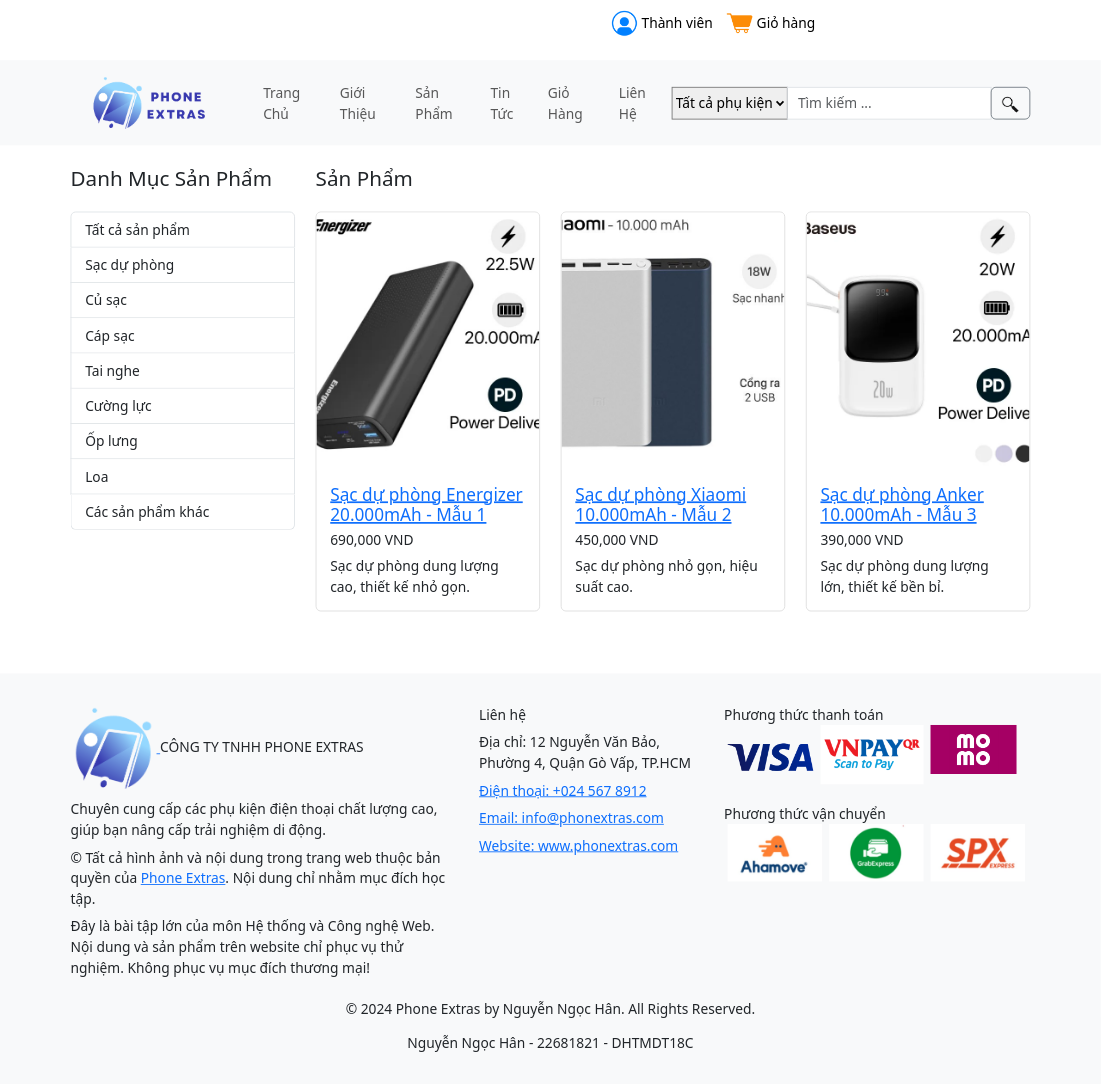
Repository: munnkawaii/BTL-PhoneExtras
Page: html/products.html
An editor plug-in stored every save of this project. The page is shown before and after the next save, followed by the edit.
The browser window is 1280 px wide. The pictures show the whole page, at 86% of full size.

Above is the page before, as saved 2024-11-16 00:13:28.

### html/products.html
<!DOCTYPE html>
<html lang="vi">
<head>
    <meta charset="UTF-8">
    <meta name="viewport" content="width=device-width, initial-scale=1.0">
    <title>Phone Extras - Sản Phẩm</title>
    <link rel="stylesheet" href="../css/style.css">
    <link rel="stylesheet" href="../css/bootstrap.min.css">
    <link rel="icon" href="../img/logo/logopng.png" type="image/png">
    <script src="../js/jquery-3.6.1.js"></script>
    <script src="../js/bootstrap.bundle.min.js"></script>
</head>

<style>
    .list-group-item:hover {
        background-color: #d0e7ff;
        font-weight: bold;
    }

    .card-img-top {
        height: 300px;
        object-fit: cover; /* Giữ tỷ lệ hình ảnh và cắt để vừa khung */
    }

    .card:hover .card-title a {
        color: gray; /* Chuyển sang màu xám */
        text-decoration: none; /* Bỏ gạch chân */
    }


    .card {
        border: 1px solid #ddd;
        transition: transform 0.3s ease;
    }

    .card:hover {
        transform: scale(1.05);
    }

</style>

<script>
    $(document).ready(function() {
        // Khi nhấp vào sản phẩm, hiển thị modal tương ứng
        $('[data-toggle="modal"]').click(function() {
            var targetModal = $(this).data('target');
            $(targetModal).modal('show');
        });

        // Đóng modal khi nhấp vào nút đóng
        $('.modal .close').click(function() {
            $(this).closest('.modal').modal('hide');
        });

        // Hàm thêm sản phẩm vào giỏ hàng
        function addToCart(product) {
            let cart = JSON.parse(localStorage.getItem('cart')) || [];
            let existingProduct = cart.find(item => item.id === product.id);

            if (existingProduct) {
                existingProduct.quantity += 1;
            } else {
                cart.push({ ...product, quantity: 1 });
            }

            localStorage.setItem('cart', JSON.stringify(cart));
            alert("Đã thêm sản phẩm vào giỏ hàng!");
        }

        // Xử lý sự kiện click cho nút "Thêm vào giỏ hàng"
        $('.add-to-cart').click(function (e) {
            e.preventDefault();
            const product = {
                id: $(this).data('id'),
                name: $(this).data('name'),
                price: $(this).data('price'),
                image: $(this).data('image'),
            };
            addToCart(product);
        });
    });
</script>
<body>
    <!-- Header -->
    <header>
        <!-- top header -->
        <div class="container-fluid">
            <div class="row" id="top-header">
                <div class="col-md-9 my-2 p-1">
                    <ul id="top-contact" class="list-inline d-flex justify-content-end">
                        <li class="list-inline-item mx-2">
                            <a href="./html/thanh-vien.html" class="contact-link">
                                <img src="../img/icon/person.png" alt="" style="width: 30px; height: 30px; margin-right: 5px;">
                                <i class="fa-solid fa-users"></i> Thành viên
                            </a>
                        </li>
                        <li class="list-inline-item mx-2">
                            <a href="../html/cart.html" class="contact-link">
                                <img src="../img/icon/cart.png" alt="" style="width: 30px; height: 30px; margin-right: 5px;">
                                <i class="fa-solid fa-cart-shopping"></i> Giỏ hàng
                            </a>
                        </li>
                    </ul>
                </div>
            </div>
        </div>
    </header>

    <!-- Navigation -->
    <div class="fixed-nav">
        <nav class="navbar navbar-expand-lg navbar-light bg-light">
            <div class="container">
                <a href="index.html" class="navbar-brand">
                    <img src="../img/logo/pelogo.png" alt="Phone Extras Logo" style="height: auto; max-width: 200px;">
                </a>
                <button class="navbar-toggler" type="button" data-toggle="collapse" data-target="#navbarNav" aria-controls="navbarNav" aria-expanded="false" aria-label="Toggle navigation">
                    <span class="navbar-toggler-icon"></span>
                </button>
                <div class="collapse navbar-collapse" id="navbarNav">
                    <ul class="navbar-nav mx-auto">
                        <li class="nav-item"><a class="nav-link" href="../html/index.html">Trang Chủ</a></li>
                        <li class="nav-item"><a class="nav-link" href="../html/about.html">Giới Thiệu</a></li>
                        <li class="nav-item"><a class="nav-link" href="../html/products.html">Sản Phẩm</a></li>
                        <li class="nav-item"><a class="nav-link" href="../html/news.html">Tin Tức</a></li>
                        <li class="nav-item"><a class="nav-link" href="../html/cart.html">Giỏ Hàng</a></li>
                        <li class="nav-item"><a class="nav-link" href="../html/contact.html">Liên Hệ</a></li>
                    </ul>
                    <form id="nav-form-search" class="form-inline my-2 my-lg-0">
                        <!-- mục tìm kiếm -->
                        <div class="input-group" id="input-search-top">
                            <!-- Danh mục sản phẩm -->
                            <select name="" id="select-product-category" class="custom-select">
                                <option value="all">Tất cả phụ kiện</option>
                                <option value="case">Ốp lưng</option>
                                <option value="cable">Cáp sạc</option>
                                <option value="earphone">Tai nghe</option>
                                <option value="screen-protector">Cường lực</option>
                                <option value="power-bank">Sạc dự phòng</option>
                            </select>

                            <!-- Mục tìm kiếm -->
                            <input type="text" class="form-control" placeholder="Tìm kiếm ...">
                            <div class="input-group-append">
                                <button class="btn btn-outline-secondary bg-light" type="submit">
                                    <i class="fas fa-search"></i>
                                    <img src="../img/icon/search.png" alt="" width="20px">
                                </button>
                            </div>
                        </div>
                    </form>
                </div>
            </div>
        </nav>
    </div>

    <!-- Main Content -->
    <div class="container">
        <div class="row">
            <!-- Sidebar -->
            <div class="col-lg-3 col-md-4 col-sm-12">
                <h4 class="my-4">Danh Mục Sản Phẩm</h4>
                <div class="list-group">
                    <a href="../html/products.html" class="list-group-item">Tất cả sản phẩm</a>
                    <a href="../html/products/powerbank.html" class="list-group-item">Sạc dự phòng</a>
                    <a href="../html/products/charge.html" class="list-group-item">Củ sạc</a>
                    <a href="../html/products/cable.html" class="list-group-item">Cáp sạc</a>
                    <a href="../html/products/earphone.html" class="list-group-item">Tai nghe</a>
                    <a href="../html/products/screenprotector.html" class="list-group-item">Cường lực</a>
                    <a href="../html/products/case.html" class="list-group-item">Ốp lưng</a>
                    <a href="../html/products/speaker.html" class="list-group-item">Loa</a>
                    <a href="../html/products/more.html" class="list-group-item">Các sản phẩm khác</a>
                </div>
            </div>

            <!-- Product Grid -->
            <div class="col-lg-9 col-md-8 col-sm-12">
                <h4 class="my-4">Sản Phẩm</h4>
                <div class="row">
                    <div class="col-lg-4 col-md-6 mb-4">
                        <div class="card h-100">
                            <a href="#" data-toggle="modal" data-target="#productModal1"><img class="card-img-top" src="../img/sacdp/mau1.jpg" alt="Product 1"></a>
                            <div class="card-body">
                                <h5 class="card-title">
                                    <a href="#" data-toggle="modal" data-target="#productModal1">Sạc dự phòng Energizer 20.000mAh - Mẫu 1</a>
                                </h5>
                                <h6>690,000 VND</h6>
                                <p class="card-text">Sạc dự phòng dung lượng cao, thiết kế nhỏ gọn.</p>
                            </div>
                        </div>
                    </div>

                    <div class="col-lg-4 col-md-6 mb-4">
                        <div class="card h-100">
                            <a href="#" data-toggle="modal" data-target="#productModal2"><img class="card-img-top" src="../img/sacdp/mau2.png" alt="Product 2"></a>
                            <div class="card-body">
                                <h5 class="card-title">
                                    <a href="#" data-toggle="modal" data-target="#productModal2">Sạc dự phòng Xiaomi 10.000mAh - Mẫu 2</a>
                                </h5>
                                <h6>450,000 VND</h6>
                                <p class="card-text">Sạc dự phòng nhỏ gọn, hiệu suất cao.</p>
                            </div>
                        </div>
                    </div>

                    <div class="col-lg-4 col-md-6 mb-4">
                        <div class="card h-100">
                            <a href="#" data-toggle="modal" data-target="#productModal3"><img class="card-img-top" src="../img/sacdp/mau3.png" alt="Product 3"></a>
                            <div class="card-body">
                                <h5 class="card-title">
                                    <a href="#" data-toggle="modal" data-target="#productModal3">Sạc dự phòng Anker 10.000mAh - Mẫu 3</a>
                                </h5>
                                <h6>390,000 VND</h6>
                                <p class="card-text">Sạc dự phòng dung lượng lớn, thiết kế bền bỉ.</p>
                            </div>
                        </div>
                    </div>
                </div>
            </div>
        </div>
    </div>

    <!-- Product Modals -->
    <div class="modal fade" id="productModal1" tabindex="-1" role="dialog" aria-labelledby="productModalLabel1" aria-hidden="true">
        <div class="modal-dialog modal-lg" role="document">
            <div class="modal-content">
                <div class="modal-header">
                    <h5 class="modal-title" id="productModalLabel1">Sạc dự phòng Energizer 20.000mAh - Mẫu 1</h5>
                    <button type="button" class="close" data-dismiss="modal" aria-label="Close">
                        <span aria-hidden="true">&times;</span>
                    </button>
                </div>
                <div class="modal-body">
                    <div class="row">
                        <div class="col-md-6">
                            <img src="../img/sacdp/mau1.jpg" class="img-fluid" alt="Product 1">
                        </div>
                        <div class="col-md-6">
                            <h4>690,000 VND</h4>
                            <p>Sạc dự phòng dung lượng cao, thiết kế nhỏ gọn.</p>
                            <p>Thông số kỹ thuật:</p>
                            <ul>
                                <li>Dung lượng: 20.000mAh</li>
                                <li>Đầu ra: 2 cổng USB</li>
                                <li>Đầu vào: Micro USB, USB-C</li>
                                <li>Kích thước: 150 x 70 x 20 mm</li>
                                <li>Trọng lượng: 300g</li>
                            </ul>
                            <a href="#" class="btn btn-primary add-to-cart" data-id="1" data-name="Sạc dự phòng Energizer 20.000mAh - Mẫu 1" data-price="690000" data-image="../img/sacdp/mau1.jpg">Thêm vào giỏ hàng</a>
                        </div>
                    </div>
                </div>
            </div>
        </div>
    </div>

    <div class="modal fade" id="productModal2" tabindex="-1" role="dialog" aria-labelledby="productModalLabel2" aria-hidden="true">
        <div class="modal-dialog modal-lg" role="document">
            <div class="modal-content">
                <div class="modal-header">
                    <h5 class="modal-title" id="productModalLabel2">Sạc dự phòng Xiaomi 10.000mAh - Mẫu 2</h5>
                    <button type="button" class="close" data-dismiss="modal" aria-label="Close">
                        <span aria-hidden="true">&times;</span>
                    </button>
                </div>
                <div class="modal-body">
                    <div class="row">
                        <div class="col-md-6">
                            <img src="../img/sacdp/mau2.png" class="img-fluid" alt="Product 2">
                        </div>
                        <div class="col-md-6">
                            <h4>450,000 VND</h4>
                            <p>Sạc dự phòng nhỏ gọn, hiệu suất cao.</p>
                            <p>Thông số kỹ thuật:</p>
                            <ul>
                                <li>Dung lượng: 10.000mAh</li>
                                <li>Đầu ra: 2 cổng USB</li>
                                <li>Đầu vào: Micro USB, USB-C</li>
                                <li>Kích thước: 130 x 60 x 20 mm</li>
                                <li>Trọng lượng: 250g</li>
                            </ul>
                            <a href="#" class="btn btn-primary add-to-cart" data-id="2" data-name="Sạc dự phòng Xiaomi 10.000mAh - Mẫu 2" data-price="450000" data-image="../img/sacdp/mau2.jpg">Thêm vào giỏ hàng</a>
                        </div>
                    </div>
                </div>
            </div>
        </div>
    </div>

    <div class="modal fade" id="productModal3" tabindex="-1" role="dialog" aria-labelledby="productModalLabel3" aria-hidden="true">
        <div class="modal-dialog modal-lg" role="document">
            <div class="modal-content">
                <div class="modal-header">
                    <h5 class="modal-title" id="productModalLabel3">Sạc dự phòng Anker 15.000mAh - Mẫu 3</h5>
                    <button type="button" class="close" data-dismiss="modal" aria-label="Close">
                        <span aria-hidden="true">&times;</span>
                    </button>
                </div>
                <div class="modal-body">
                    <div class="row">
                        <div class="col-md-6">
                            <img src="../img/sacdp/mau3.png" class="img-fluid" alt="Product 3">
                        </div>
                        <div class="col-md-6">
                            <h4>550,000 VND</h4>
                            <p>Sạc dự phòng dung lượng lớn, thiết kế bền bỉ.</p>
                            <p>Thông số kỹ thuật:</p>
                            <ul>
                                <li>Dung lượng: 15.000mAh</li>
                                <li>Đầu ra: 2 cổng USB</li>
                                <li>Đầu vào: Micro USB, USB-C</li>
                                <li>Kích thước: 140 x 65 x 20 mm</li>
                                <li>Trọng lượng: 280g</li>
                            </ul>
                            <a href="#" class="btn btn-primary add-to-cart" data-id="3" data-name="Sạc dự phòng Anker 15.000mAh - Mẫu 3" data-price="550000" data-image="../img/sacdp/mau3.jpg">Thêm vào giỏ hàng</a>
                        </div>
                    </div>
                </div>
            </div>
        </div>
    </div>

    <!-- Footer Start -->
    <div id="footer" class="mt-5 w-100">
        <div class="container">
            <div id="footer-main">
                <div class="row">
                    <!-- About Us -->
                    <div class="col-md-5 mt-3">
                        <div class="brand-name">
                            <a href="../html/index.html">
                                <img src="../img/logo/logopng.png" style="width: 100px;" alt="logo">
                            </a>
                            <span class="company-name">CÔNG TY TNHH PHONE EXTRAS</span>
                        </div>
                        <div class="about mt-2">
                            <span class="contact-icon"><i class="fa-solid fa-bookmark"></i></span>
                            <div class="contact-detail">
                                Chuyên cung cấp các phụ kiện điện thoại chất lượng cao, giúp bạn nâng cấp trải nghiệm di động.
                            </div>
                        </div>
                        <div class="copyright mt-2">
                            <span class="contact-icon"><i class="fa-solid fa-check"></i></span>
                            <div class="contact-detail">
                                © Tất cả hình ảnh và nội dung trong trang web thuộc bản quyền của
                                <a href="https://phonextras.com/">Phone Extras</a>. Nội dung chỉ nhằm mục đích học tập.
                            </div>
                        </div>
                        <div class="project-purpose mt-2">
                            <span class="contact-icon"><i class="fa-solid fa-school"></i></span>
                            <div class="contact-detail">
                                Đây là bài tập lớn của môn Hệ thống và Công nghệ Web. Nội dung và sản phẩm trên website chỉ phục vụ thử nghiệm. Không phục vụ mục đích thương mại!
                            </div>
                        </div>
                    </div>

                    <!-- Contact -->
                    <div class="col-md-3 mt-3">
                        <div class="contact-title">
                            <span class="company-name">Liên hệ</span>
                        </div>
                        <div class="address mt-2">
                            <span class="contact-icon"><i class="fa-solid fa-location-dot"></i></span>
                            <div class="contact-detail">Địa chỉ: 12 Nguyễn Văn Bảo, Phường 4, Quận Gò Vấp, TP.HCM</div>
                        </div>
                        <div class="phone mt-2">
                            <span class="contact-icon"><i class="fa-solid fa-phone"></i></span>
                            <div class="contact-detail">
                                <a href="tel:+028 123 4567">Điện thoại: +024 567 8912</a>
                            </div>
                        </div>
                        <div class="email mt-2">
                            <span class="contact-icon"><i class="fa-solid fa-envelope"></i></span>
                            <div class="contact-detail">
                                <a href="mailto:info@phonextras.com">Email: info@phonextras.com</a>
                            </div>
                        </div>
                        <div class="website mt-2">
                            <span class="contact-icon"><i class="fa-solid fa-globe"></i></span>
                            <div class="contact-detail">
                                <a href="https://phonextras.com/">Website: www.phonextras.com</a>
                            </div>
                        </div>
                    </div>

                    <!-- Follow Us -->
                    <div class="col-md-4 mt-3">
                        <div class="payment-methods mb-3">
                            <span class="company-name">Phương thức thanh toán</span>
                            <ul class="nav">
                                <li class="mx-1"><img src="../img/icon/visa.png" alt="payment1" width="100px"></li>
                                <li class="mx-1"><img src="../img/icon/vnpay.png" alt="payment2" width="120px"></li>
                                <li class="mx-1"><img src="../img/icon/momo.png" alt="payment3" width="100px" height="57px" ></li>
                            </ul>
                        </div>
                        <div class="shipping-methods mb-3">
                            <span class="company-name">Phương thức vận chuyển</span>
                            <ul class="nav">
                                <li class="mx-1"><img src="../img/icon/shipment1.png" alt="shipment1" width="110px"></li>
                                <li class="mx-1"><img src="../img/icon/shipment2.png" alt="shipment2" width="110px"></li>
                                <li class="mx-1"><img src="../img/icon/shipment3.png" alt="shipment3" width="110px"></li>
                            </ul>
                        </div>
                    </div>
                </div>
            </div>

            <!-- Footer Bottom -->
            <div id="footer-bottom" class="text-center mt-4">
                <p>© 2024 Phone Extras by Nguyễn Ngọc Hân. All Rights Reserved.</p>
                <p>Nguyễn Ngọc Hân - 22681821 - DHTMDT18C</p>
            </div>
        </div>
    </div>
    <!-- Footer End -->
</body>
</html>

### css/style.css
    .img-container {
        text-align: center;
    }
    .img-responsive {
        width: 80px;
        height: auto;
    }

    .img-services{
        width: 200px;
        height: auto;
    }

    .contact-link {
        display: flex;
        align-items: center;
        color: black;
        text-decoration: none;
        transition: color 0.3s, transform 0.3s;
    }

    .contact-link:hover {
        color: rgb(59, 59, 219);
        transform: translateY(-3px);
    }


    #categories .row {
    display: flex;
    flex-wrap: wrap;
    justify-content: space-between;
    }

    #categories .col-md-3 {
        flex: 1 1 10%;
        max-width: 10%;
        box-sizing: border-box;
        padding: 10px;
    }

    #categories .col-md-3 img {
        width: 80%;
        height: auto;
    }

    #categories .col-md-3 a {
        display: flex;
        flex-direction: column;
        align-items: center;
        text-align: center;
        color: black;
        text-decoration: none;
    }

    #categories .col-md-3 a:hover {
        color: gray;
    }

    #categories .col-md-3 h4 {
        margin: 0;
        font-size: 110%;
    }


    #services {
    padding-top: 40px;
    padding-bottom: 40px;
    }

    #services .row {
        display: flex;
        flex-wrap: wrap;
        justify-content: space-between;
    }

    #services .col-md-3 {
        background-color: white;
        border-radius: 10px;
        padding: 15px;
        box-shadow: 0 4px 8px rgba(0, 0, 0, 0.1);
        margin: 10px;
        flex: 1 1 calc(25% - 20px);
        box-sizing: border-box;
    }

    #services .col-md-3 img {
        width: 40%;
        height: auto;
        margin-bottom: 10px;
    }

    #services h5 {
        font-size: 1.1em;
        margin-bottom: 8px;
    }

    #services p {
        font-size: 0.85em;
    }

    /* hiệu ứng chuyển đổi */
    #services .col-md-3 {
    transition: transform 0.3s, box-shadow 0.3s;
    }

    #services .col-md-3:hover {
        transform: translateY(-5px); /*di chuyển nhích lên*/
        box-shadow: 0 8px 16px rgba(0, 0, 0, 0.2); /*Bóng đậm*/
    }

    #footer {
    background-color: #f8f9fa;
    width: 100%;
    padding: 20px 0; /* Khoảng cách trên và dưới */
    }

Loaded but not shown: css/bootstrap.min.css (library); js/jquery-3.6.1.js (library); js/bootstrap.bundle.min.js (library)

After the next save:
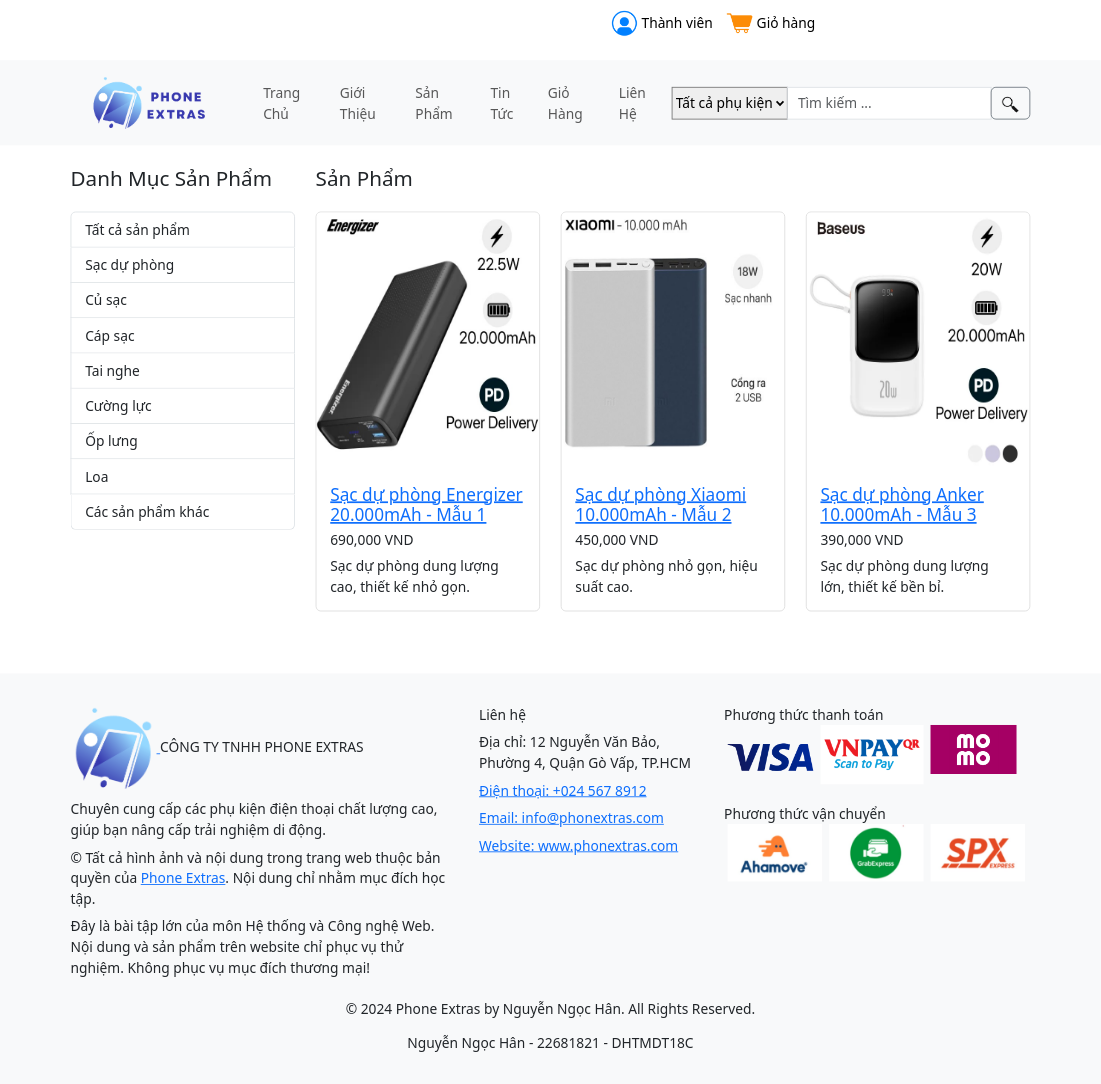
Saved 12 s later.
--- a/html/products.html
+++ b/html/products.html
@@ -19,7 +19,7 @@
 
     .card-img-top {
         height: 300px;
-        object-fit: cover; /* Giữ tỷ lệ hình ảnh và cắt để vừa khung */
+
     }
 
     .card:hover .card-title a {
